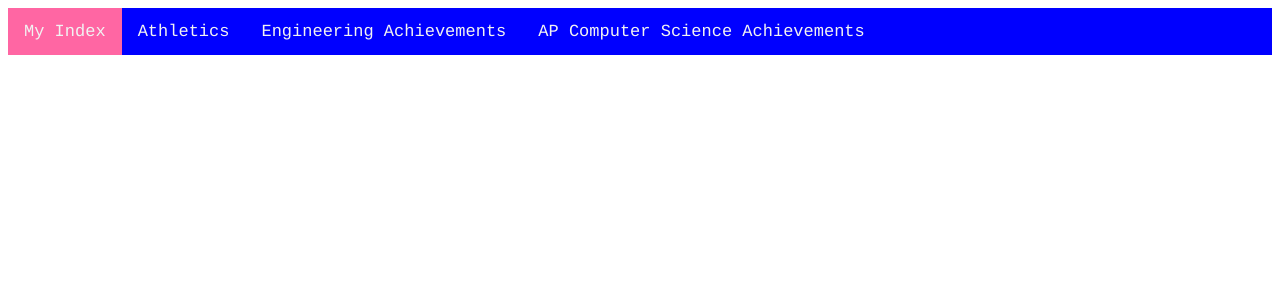
Repository: jacobsirois/jacobsirois.github.io
Page: Test.html
The author's editor kept a record of every edit. The page is drawn from the files as they stood at one moment, then again after the next edit.
The browser window is 1280 px wide. The pictures show the whole page.

Above is the page before.
Not found: index.css

### Test.html
<html>
<head>
<title>Page Title</title>
</head>
<body>

<title>
"About Me"
<meta charset="utf-8">
</title>
<link href="index.css" rel="stylesheet" type="text/css">
<meta name="viewport" content="width=device-width, initial-scale=1">
<link rel="stylesheet" href="https://cdnjs.cloudflare.com/ajax/libs/font-awesome/4.7.0/css/font-awesome.min.css">

<style>
body {
  font-family: courier;
}

.topnav {
  overflow: hidden;
  background-color: blue;
}

.topnav a {
  float: left;
  display: block;
  color: #f2f2f2;
  text-align: center;
  padding: 14px 16px;
  text-decoration: none;
  font-size: 17px;
}

.topnav a:hover {
  background-color: #ddd;
  color: black;
}

.active {
  background-color: #ff66a3;
  color: white;
}

.topnav .icon {
  display: none;
}

@media screen and (max-width: 600px) {
  .topnav a:not(:first-child) {display: none;}
  .topnav a.icon {
    float: right;
    display: block;
  }
}

@media screen and (max-width: 600px) {
  .topnav.responsive {position: relative;}
  .topnav.responsive .icon {
    position: absolute;
    right: 0;
    top: 0;
  }
  .topnav.responsive a {
    float: none;
    display: block;
    text-align: left;
  }
}
</style>

<div class="topnav" id="myTopnav">
  <a href="index.html" class="active">My Index</a>
  <a href="athletics.html">Athletics</a>
  <a href="engineering.html">Engineering Achievements</a>
  <a href="compsci.html">AP Computer Science Achievements</a>
  <a href="javascript:void(0);" class="icon" onclick="myFunction()">
    <i class="fa fa-bars"></i>
  </a>
</div>

<script>
function myFunction() {
    var x = document.getElementById("myTopnav");
    if (x.className === "topnav") {
        x.className += " responsive";
    } else {
        x.className = "topnav";
    }
}
</script>


</body>
</html>

After the next edit:
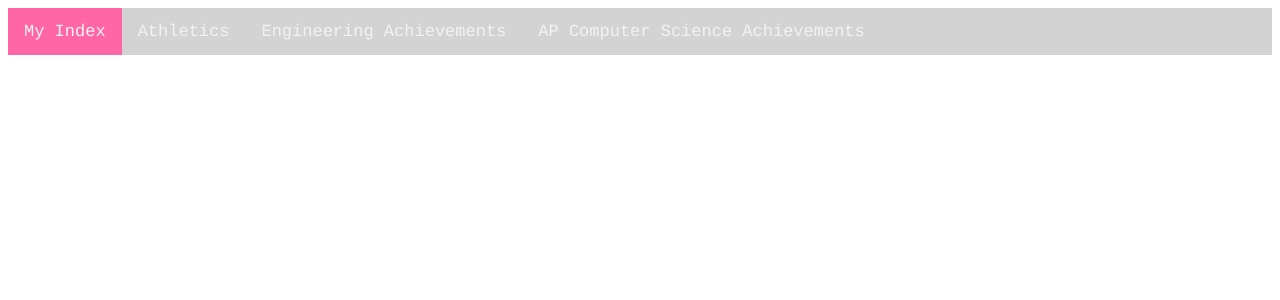
The edit:
--- a/Test.html
+++ b/Test.html
@@ -19,7 +19,7 @@
 
 .topnav {
   overflow: hidden;
-  background-color: blue;
+  background-color: lightgrey;
 }
 
 .topnav a {
